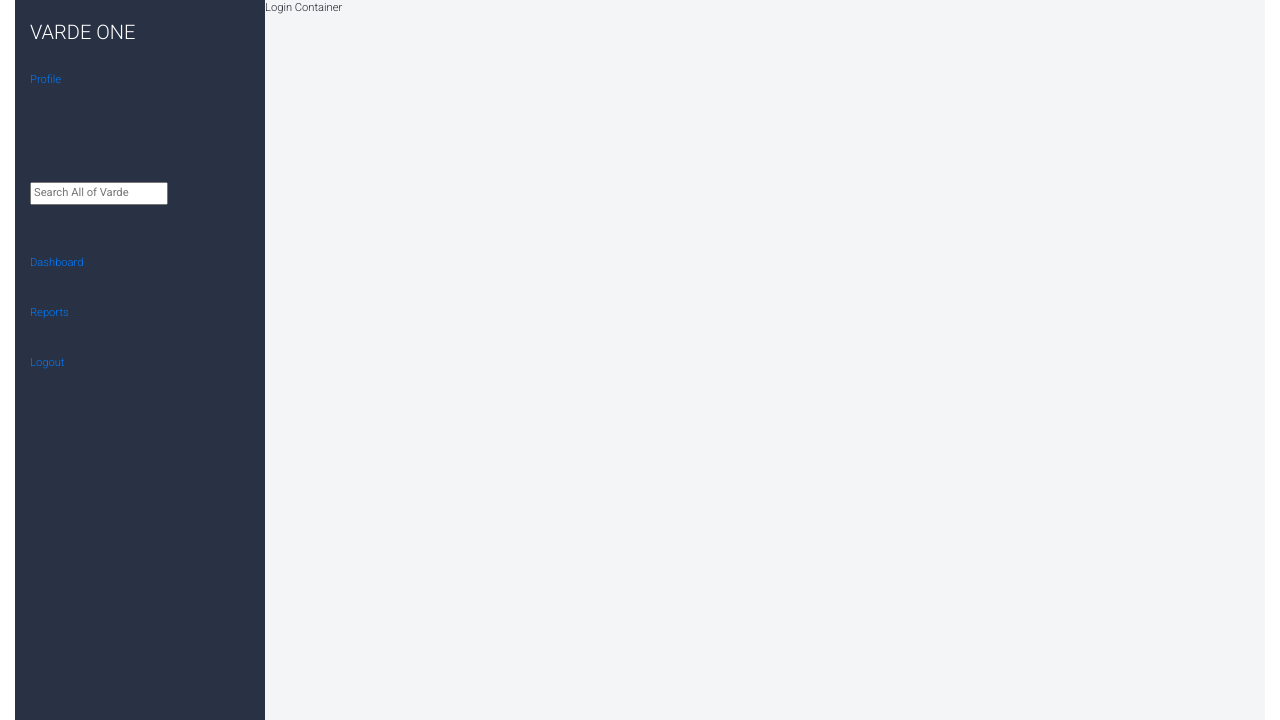
Repository: slavishtipkov/cra-redux
Page: /
These files come from the project's save history. The page is drawn as it stood at one moment and after the next save; the edit follows.
The browser window is 1280 px wide. The pictures show the whole page.
The project was rebuilt for these pictures with package versions that can differ from the ones it lists, and the page was loaded fresh each time.

Above is the page before, as saved 2019-07-09 14:07:19.

### src/index.js
import React from "react";
import ReactDOM from "react-dom";
import { BrowserRouter as Router } from "react-router-dom";

import * as serviceWorker from "./serviceWorker";

import "@fortawesome/fontawesome-free/css/all.min.css";
import "bootstrap-css-only/css/bootstrap.min.css";
import "mdbreact/dist/css/mdb.css";

import App from "./Components/App";

import "./index.css";

ReactDOM.render(
  <Router>
    <App />
  </Router>,
  document.getElementById("root")
);

// If you want your app to work offline and load faster, you can change
// unregister() to register() below. Note this comes with some pitfalls.
// Learn more about service workers: https://bit.ly/CRA-PWA
serviceWorker.unregister();

### src/index.css
@import-normalize;

#root {
  max-width: 1360px;
  min-width: 960px;
  margin: 0 auto;
  font-size: 0.7rem;
}

### src/Components/App/App.js
import React, { Suspense, lazy } from "react";
import { Route, Switch } from "react-router-dom";

import SideBar from "../Common/SideBar";

import "./App.scss";

const Login = lazy(() => import("../../Containers/Login"));
const Profile = lazy(() => import("../../Containers/Profile"));
const Dashboard = lazy(() => import("../../Containers/Dashboard"));
const Reports = lazy(() => import("../../Containers/Reports"));
const NotFound = lazy(() => import("../Common/NotFound"));

const App = ({ childProps }) => {
  return (
    <div className="container-fluid">
      <SideBar />
      <Suspense fallback={<div>Loading...</div>}>
        <Switch>
          <Route path="/" exact component={Login} props={childProps} />
          <Route path="/profile" exact component={Profile} props={childProps} />
          <Route
            path="/dashboard"
            exact
            component={Dashboard}
            props={childProps}
          />
          <Route path="/reports" exact component={Reports} props={childProps} />
          <Route component={NotFound} />
        </Switch>
      </Suspense>
    </div>
  );
};

export default App;

### src/Components/App/App.scss
.container-fluid {
  width: 100%;
  height: 100vh;

  display: flex;
  align-items: stretch;

  .side-bar {
    width: 20%;
  }

  .page {
    width: 80%;
    background-color: #f3f5f7;

    .page-header {
      .page-header-nav {
        background-color: #ffffff;
        display: flex;
        justify-content: space-between;

        ul {
          display: flex;
          margin: 0;
          padding: 0;
          height: 55px;
          line-height: 55px;

          padding-left: 25px;

          li {
            display: block;
            margin-right: 30px;
          }
        }

        .generate-button {
          margin-right: 25px;
          height: 30px;
          width: 135px;
          background-color: #4986ba;
          line-height: 30px;
        }
      }
      .page-header-content {
        padding-left: 25px;
      }
    }

    .page-content {
      padding-left: 25px;
    }
  }
}

### src/Components/Common/SideBar/SideBar.js
import React from "react";
import { NavLink } from "react-router-dom";

import "./sideBar.scss";
import { MDBContainer, MDBRow, MDBCol } from "mdbreact";
const SideBar = () => {
  const activeStyle = { color: "#F15B2A" };

  return (
    <nav className="side-bar">
      <h5 className="heading">VARDE ONE</h5>
      <div className="profile-section">
        <NavLink to="/profile" activeStyle={activeStyle}>
          Profile
        </NavLink>
      </div>
      <div className="search-bar">
        <input type="text" placeholder="Search All of Varde" />
      </div>
      <div className="main-links">
        <NavLink to="/dashboard" activeStyle={activeStyle}>
          Dashboard
        </NavLink>
        <NavLink to="/reports" activeStyle={activeStyle} exact>
          Reports
        </NavLink>
      </div>
      <NavLink to="/logout" activeStyle={activeStyle}>
        Logout
      </NavLink>
    </nav>
  );
};

export default SideBar;

### src/Containers/Login/Login.js
import React from "react";

const Login = () => <div className="login-page page">Login Container</div>;

export default Login;

### src/Components/Common/SideBar/sideBar.scss
.side-bar {
  display: flex;
  flex-direction: column;

  padding-left: 15px;
  padding-right: 15px;
  background-color: #293244;

  .heading {
    padding-top: 20px;
    padding-bottom: 20px;
    color: white;
  }

  .profile-section {
    height: 90px;
    margin-bottom: 20px;
  }

  .serach-bar {
    padding-top: 20px;
    margin-bottom: 50px;

    input {
      display: inline;
    }
  }

  .main-links {
    display: flex;
    flex-direction: column;
    margin-top: 50px;

    a {
      height: 50px;
      text-decoration: none;
    }
  }
}

Loaded but not shown: public/index.html (common file); src/serviceWorker.js (common file); src/Components/App/index.js (common file); src/Components/Common/SideBar/index.js (common file); src/Containers/Login/index.js (common file)

After the next save:
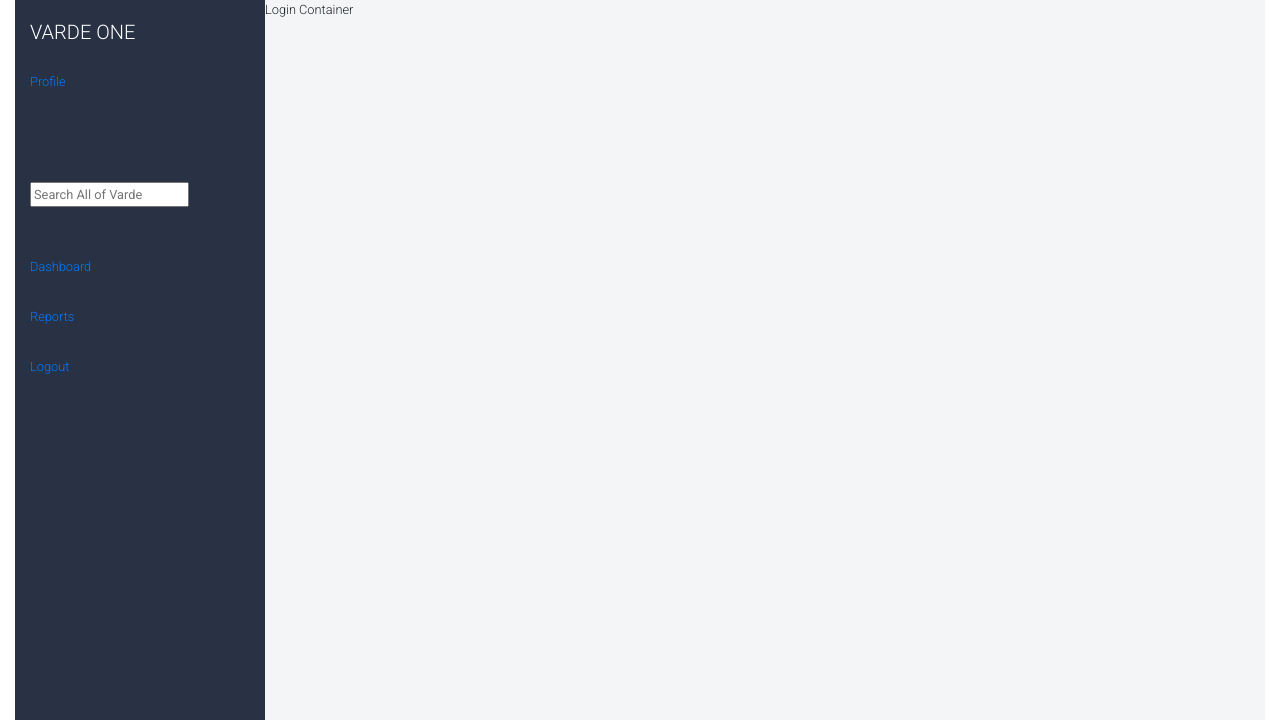
Saved 19 s later.
--- a/src/index.css
+++ b/src/index.css
@@ -4,5 +4,5 @@
   max-width: 1360px;
   min-width: 960px;
   margin: 0 auto;
-  font-size: 0.7rem;
+  font-size: 0.8rem;
 }
